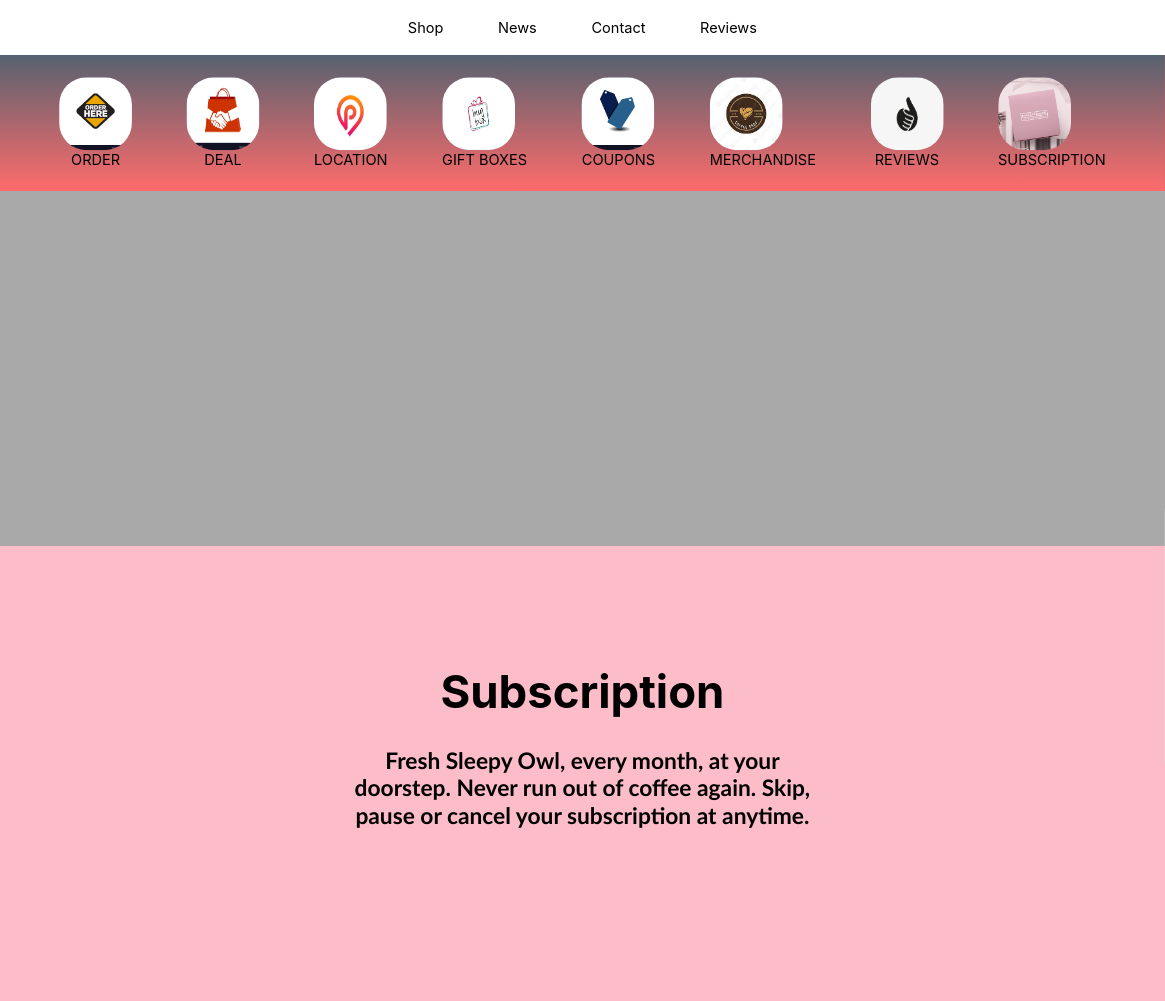
Repository: tusharpasricha/owlsomecoffee
Page: /
An editor plug-in stored every save of this project. The page is shown before and after the next save, followed by the edit.
The browser window is 1280 px wide. The pictures show the whole page, at 91% of full size.
The project was rebuilt for these pictures with package versions that can differ from the ones it lists, and the page was loaded fresh each time.

Above is the page before, as saved 2021-09-27 11:27:54.

After the next save:
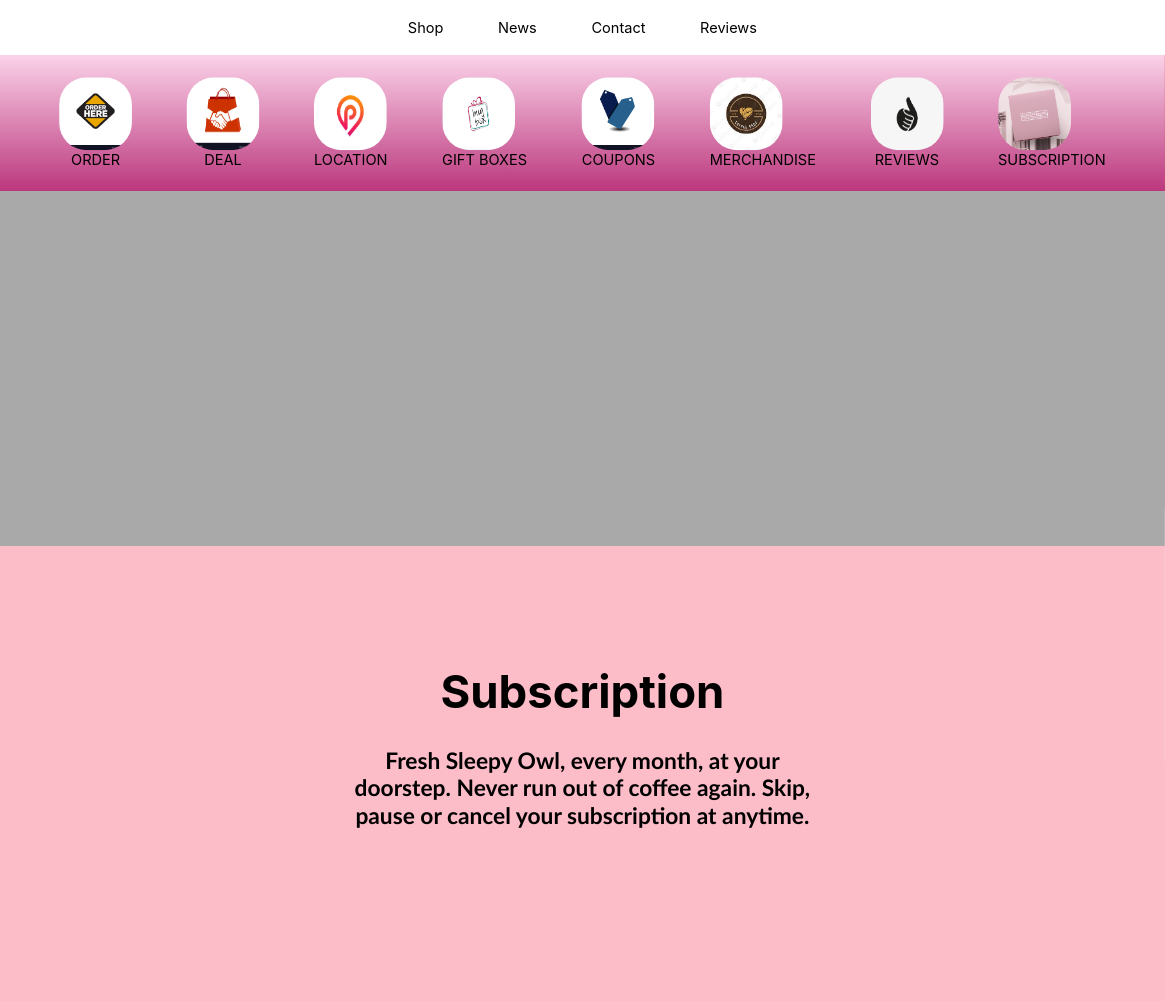
Saved 66 s later.
--- a/src/components/bar.css
+++ b/src/components/bar.css
@@ -11,7 +11,7 @@
     height: 150px;
     width: 100%;
     align-items: center;
-    background-image: linear-gradient(#556270,#ff6b6b);
+    background-image: linear-gradient(#fbd3e9,#bb377d);
 }
 ul{
      display: flex;
